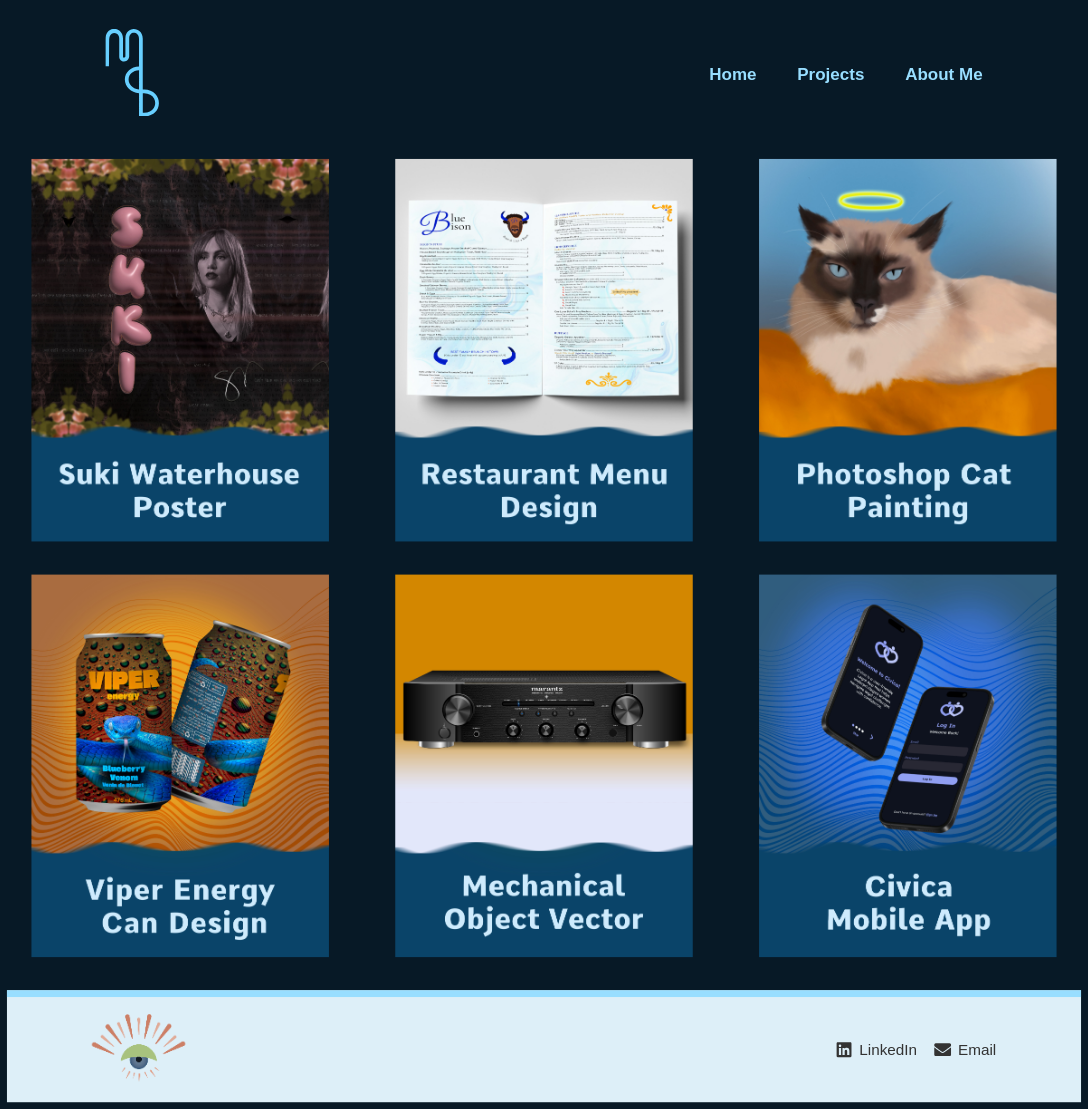
Repository: madelinestruthers/madeline-portfolio-site
Page: /projects
These files come from the project's save history. The page is drawn as it stood at one moment and after the next save; the edit follows.
The browser window is 1280 px wide. The pictures show the whole page, at 85% of full size.
The project was rebuilt for these pictures with package versions that can differ from the ones it lists, and the page was loaded fresh each time. The framework's server and built-in components were replaced by stand-ins that run in the browser. Also part of the build but not shown: next.config.mjs.

Above is the page before, as saved 2025-02-09 23:32:34.

### src/pages/projects.js
import NavBar from "@/components/NavBar";
import Footer from "@/components/Footer";
import Image from "next/image";
import ProjectCard from "@/components/ProjectCard";

export default function Projects() {

  const projects = [
    { title: "Suki Poster", image: "/images/project-card-suki.jpg", link: "/projects/suki" },
    { title: "Restaurant Menu", image: "/images/project-card-menu.jpg", link: "/projects/restaurant-menu" },
    { title: "Photoshop Painting", image: "/images/project-card-opal.jpg", link: "/projects/photoshop-painting" },
    { title: "Viper Energy", image: "/images/project-card-viper.jpg", link: "/projects/viper-energy" },
    { title: "Mechanical Object", image: "/images/project-card-mechanical.jpg", link: "/projects/mechanical-object" },
    { title: "Civica Mobile App", image: "/images/project-card-civica.jpg", link: "/projects/civica" },

  ];

  return (
    <>
      <NavBar />
      <main className="projects-container">
      {projects.map((project, index) => (
          <ProjectCard key={index} {...project} />
        ))}
      </main>
      <Footer />
    </>
  );
}

### src/styles/globals.css
:root {
  --background: #071926;
  --foreground: #171717;
}

@media (prefers-color-scheme: dark) {
  :root {
    --background: #071926;
    --foreground: #ffffff;
  }
}

html,
body {
  max-width: 100vw;
  overflow-x: hidden;
}

body {
  color: var(--foreground);
  background: var(--background);
  font-family: comme, Poppins, sans-serif;
font-size: 16px;
}

/* styles*/



a {
  color: inherit;
  text-decoration: none;
}
.projects-container {
  display: grid;
  grid-template-columns: 1fr; /* Single column on mobile */
  gap: 20px;
  padding-top: 20px;
  padding-bottom: 20px;
  justify-items: center;
}

.project-card {
  padding-top: 15;
  padding-bottom: 15px;
  border-radius: 8px;
  box-shadow: 0 4px 8px rgba(0, 0, 0, 0.);
  transition: transform 0.2s;
  cursor: pointer;
  width: 100%; /* Makes sure it fits nicely on smaller screens */
  max-width: 350px; /* Prevents it from becoming too wide */
  text-align: center;
}

.project-card:hover {
  transform: scale(1.05);
}

/* 🔥 Tablet View (600px and up) */
@media (min-width: 600px) {
  .projects-container {
    grid-template-columns: repeat(2, 1fr); /* Two columns */
  }
}

/* 🖥️ Desktop View (900px and up) */
@media (min-width: 900px) {
  .projects-container {
    grid-template-columns: repeat(3, 1fr); /* Three columns */
  }
}

### src/components/NavBar.js
import React, { useState } from "react";
import Image from "next/image";
import styles from "./Navbar.module.css";

const NavBar = () => {
  const [isMenuOpen, setIsMenuOpen] = useState(false);

  const toggleMenu = () => setIsMenuOpen(!isMenuOpen);

  return (
    <nav className={styles.navbar}>
      <div className={styles["navbar-logo"]}>
        <a href="/">
          <Image
            src="/images/ms-logo.svg"
            alt="Logo"
            width={70} // Adjust width as needed
            height={20} // Adjust height as needed to maintain aspect ratio
            priority
          />
        </a>
      </div>

      <div className={styles.hamburger} onClick={toggleMenu}>
        <div className={styles.bar}></div>
        <div className={styles.bar}></div>
        <div className={styles.bar}></div>
      </div>

      <ul
        className={`${styles["navbar-links"]} ${
          isMenuOpen ? styles["navbar-links-open"] : ""
        }`}
      >
        <li>
          <a href="/">Home</a>
        </li>
        <li>
          <a href="/projects">Projects</a>
        </li>
        <li>
          <a href="/about">About Me</a>
        </li>

      </ul>
    </nav>
  );
};

export default NavBar;

### src/components/Footer.js
// src/components/Footer.js
import React from "react";
import styles from "./Footer.module.css";
import { FaLinkedin, FaEnvelope } from "react-icons/fa";
import Image from "next/image";

const Footer = () => {
  return (
    <footer className={styles.footer}>
      {/* Left Section: Logo */}
      <div className={styles.logo}>
        <a href="/">
        <Image
            src="/images/eye-logo.png"
            alt="Logo"
            width={110} // Adjust width as needed
            height={80} // Adjust height as needed to maintain aspect ratio
            priority
          />
        </a>
      </div>

      {/* Right Section: Links */}
      <div className={styles.links}>
        <a
          href="https://linkedin.com/in/madelinestruthers" // Replace with your LinkedIn URL
          target="_blank"
          rel="noopener noreferrer"
          className={styles.link}
        >
          <FaLinkedin className={styles.icon} /> LinkedIn
        </a>
        <a
          href="mailto:maddiestruthersdesigns@gmail.com" // Replace with your email
          className={styles.link}
        >
          <FaEnvelope className={styles.icon} /> Email
        </a>
      </div>
    </footer>
  );
};

export default Footer;

### src/components/ProjectCard.js
import Image from "next/image";
import Link from "next/link";

const ProjectCard = ({ title, image, link }) => {
    return (
        <article className="project-card">
            <Link href={link}>
                <div>
                    <Image
                        src={image}
                        alt={title}
                        layout="responsive"
                        width={300}
                        height={200}
                    />

                </div>
            </Link>
        </article>
    );
};

export default ProjectCard;

### src/components/Navbar.module.css
/* Base Styles (Mobile First) */
.navbar {
    display: flex;
    justify-content: space-between;
    align-items: center;
    padding: 2rem;
    margin: 1rem;
    position: relative;
  }

  .navbar-logo {
    display: flex;
    align-items: center;

  }

  .navbar-logo a {
    text-decoration: none;
  }

  .navbar-logo img {
    max-width: 80%;
    height: auto;
  }

  /* Hamburger Menu */
  .hamburger {
    display: flex;
    flex-direction: column;
    justify-content: space-between;
    width: 2.5rem;
    height: 2rem;
    cursor: pointer;
  }

  .bar {
    height: 5px;
    width: 100%;
    border-radius: 3px;
    transition: all 0.3s ease;
    background-color: #FFB04F;
  }

  /* Navigation Links */
  .navbar-links {
    display: none; /* Hidden by default for mobile */
    flex-direction: column;
    list-style: none;
    text-align: left;
    position: absolute;
    top: 100px;
    right: 30px;
    background-color: #072747;
    box-shadow: 0 4px 6px rgba(0, 0, 0, 0.1);
    border-radius: 8px;
    z-index: 10;
    font-size: 18px;
    padding-bottom: 1rem;
    padding-top: 1rem;
  }

  .navbar-links a {
    text-decoration: none;
    font-size: 18px;
    font-weight: 600;
    color: #98deff;
    padding-right: 1.5rem;
    padding-top:  1rem ;
    padding-bottom:  1rem ;

    display: block;
    transition: color 0.3s ease;
  }

  .navbar-links a:hover {
    color: #FFB04F;
  }

  /* Show Links When Menu is Open */
  .navbar-links-open {
    display: flex;

  }


  /* Tablet Styles (768px) */
  @media (min-width: 768px) {
    .hamburger {
      display: none; /* Hide hamburger menu */
    }
    .navbar-logo img {
      max-width: 100%;
      height: auto;
    }
    .navbar {
      flex-direction: row;
      justify-content: space-between;
      padding: 10px 100px;
    }

    .navbar-links {
      display: flex; /* Show links in a row */
      flex-direction: row;
      position: static; /* Reset positioning */
      background: none;
      box-shadow: none;
      padding: 0;
      gap: 3rem;
    }

    .navbar-links a {
      padding: 0;
      font-size: 18px;
    }
  }

  /* Desktop Styles (1024px) */
  @media (min-width: 1024px) {
    .navbar {
      padding: 10px 100px;
    }

    .navbar-logo img {
      max-width: 90%;
      height: auto;
    }

    .navbar-links a {
      font-size: 20px;
    }

  }

### src/components/Footer.module.css
/* src/components/Footer.module.css */
.footer {
    display: flex;
    justify-content: space-between;
    align-items: center;
    padding: 20px 100px; /* Adjust the side padding as needed */
    border-top: 8px solid #98deff; /* Subtle border on top */
    background-color: #ddeff8;
  }

  .logo {
    display: flex;
    align-items: center;
  }

  .logoImage {
    height: 40px; /* Adjust logo size */
    width: auto;
  }

  .links {
    display: flex;
    gap: 20px; /* Space between links */
  }

  .link {
    display: flex;
    align-items: center;
    text-decoration: none;
    font-size: 18px;
    color: #333; /* Dark text color */
    transition: color 0.3s ease;
  }

  .link:hover {
    color: #0077cc; /* Blue color on hover */
  }

  .icon {
    margin-right: 8px; /* Space between icon and text */
    font-size: 20px;
  }

Loaded but not shown: src/pages/_app.js (common file); src/pages/_document.js (common file)

After the next save:
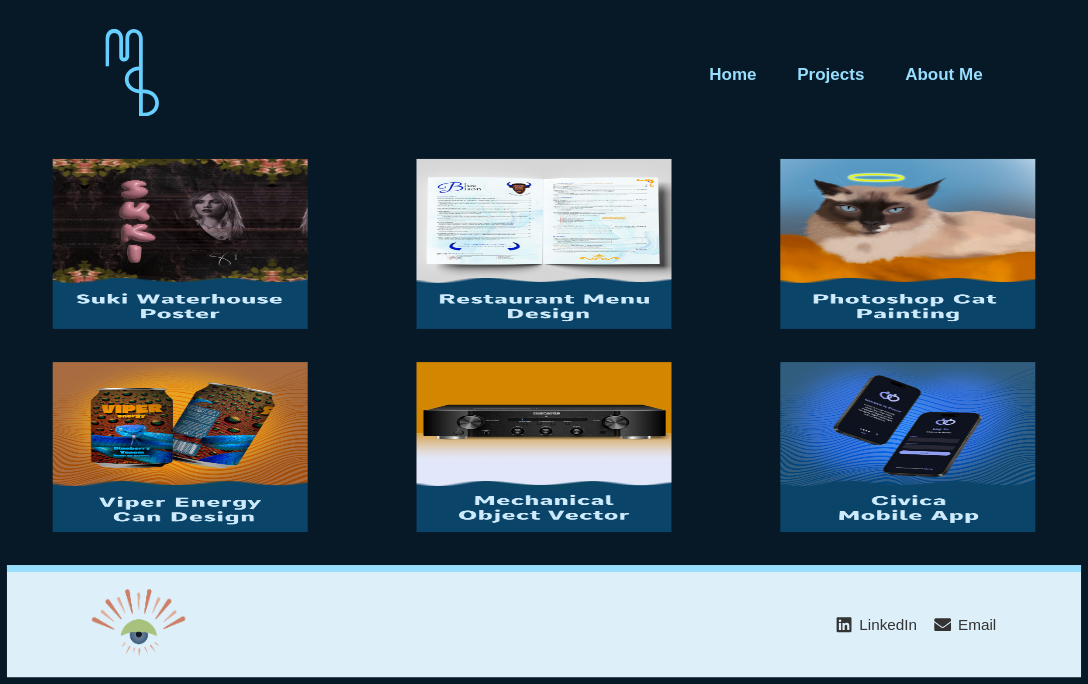
Saved 9 min 10 s later.
--- a/src/components/ProjectCard.js
+++ b/src/components/ProjectCard.js
@@ -9,7 +9,7 @@
                     <Image
                         src={image}
                         alt={title}
-                        layout="responsive"
+
                         width={300}
                         height={200}
                     />

After the save that followed:
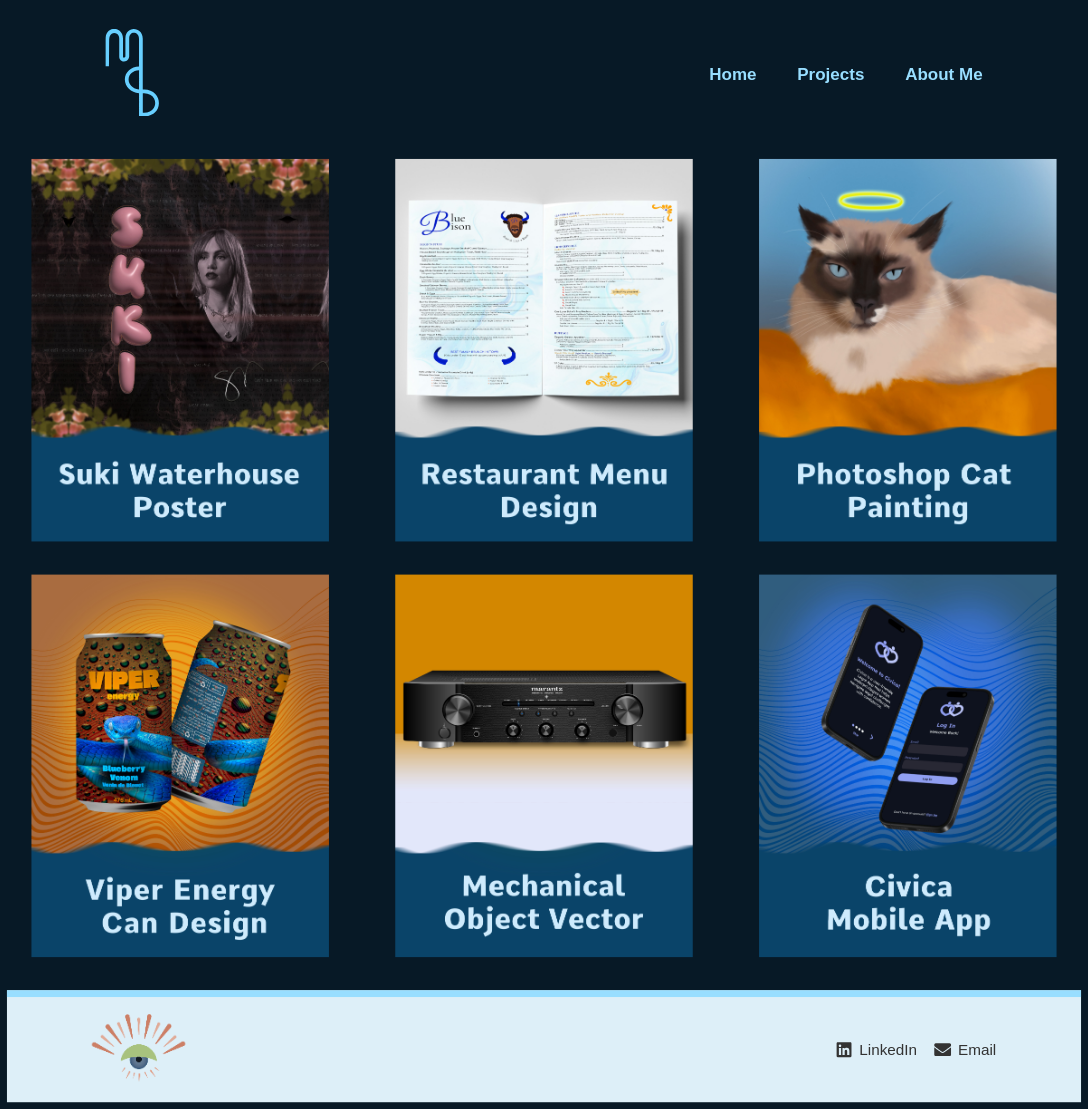
Saved 11 s later.
--- a/src/components/ProjectCard.js
+++ b/src/components/ProjectCard.js
@@ -9,7 +9,7 @@
                     <Image
                         src={image}
                         alt={title}
-
+                        layout="responsive"
                         width={300}
                         height={200}
                     />
